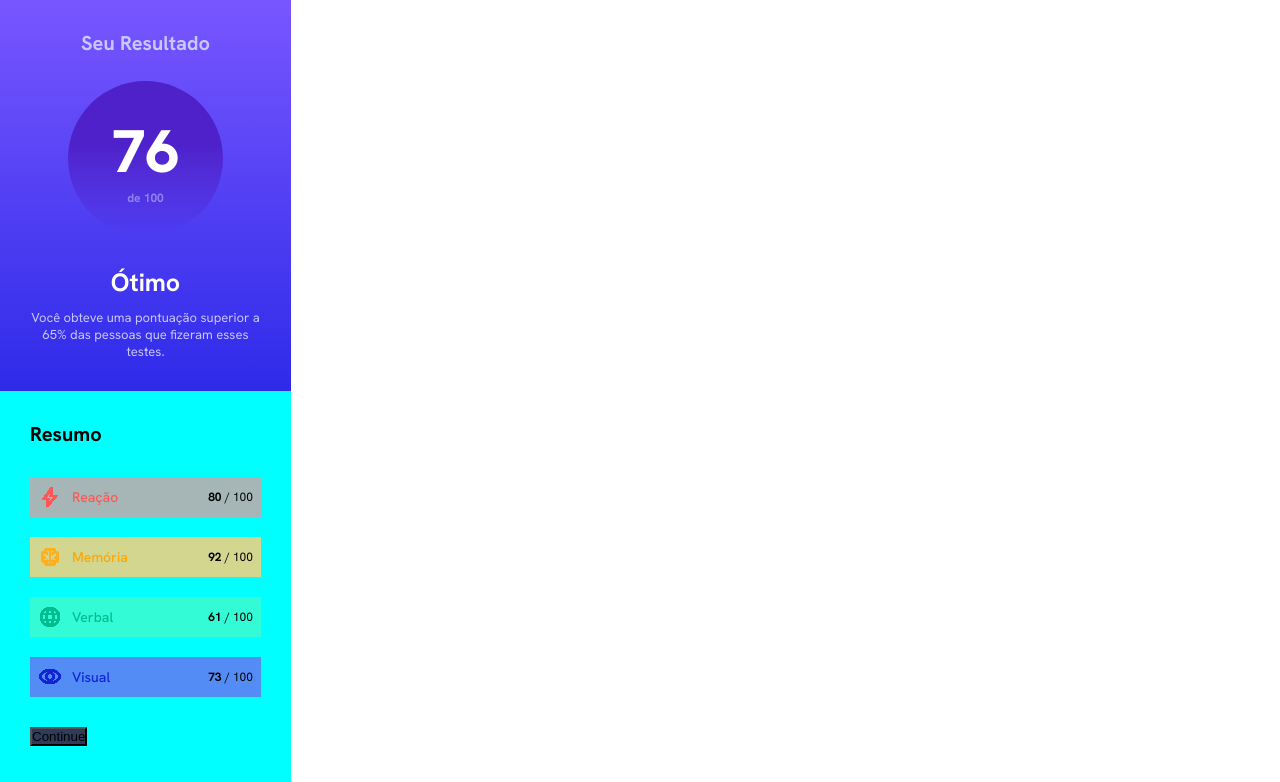
Repository: caique2512/resumo-de-resultados
Page: index.html
These files come from the project's save history. The page is drawn as it stood at one moment and after a run of saves; the edit follows.
The browser window is 1280 px wide. The pictures show the whole page.

Above is the page before, as saved 2026-03-13 17:28:37.

### index.html
<!DOCTYPE html>
<html lang="pt-br">
<head>
    <meta charset="UTF-8">
    <meta name="viewport" content="width=device-width, initial-scale=1.0">
    <title>Resumo de Resultados</title>
    <link rel="stylesheet" href="src/css/estilos.css">
    <link rel="stylesheet" href="src/css/reset.css">
</head>
<body>
    <main class="conteudo">
        <div class="principal">
            <h1 class="titulo">Seu Resultado</h1>
            <div class="circulo">
                <h2>76</h2>
                <p>de 100</p>
            </div>
            <h2 class="avaliacao">Ótimo</h2>
            <p class="subtitle">Você obteve uma pontuação superior a 65% das pessoas que fizeram esses testes.</p>
        </div>
        <div class="resultado">
            <h1 class="titulo1">Resumo</h1>
            <div class="classes">
                <div class="resumo1">
                    <div>
                        <img src="./src/images/raio.png" alt="Raio">
                        <h3>Reação</h3>
                    </div>
                    <p><strong>80</strong> / 100</p>
                </div>
                <div class="resumo2">
                    <div>
                        <img src="./src/images/memoria.png" alt="Memória">
                        <h3>Memória</h3>
                    </div>
                    <p><strong>92</strong> / 100</p>
                </div>
                <div class="resumo3">
                    <div>
                        <img src="./src/images/mensagem.png" alt="Mensagem">
                        <h3>Verbal</h3>
                    </div>
                    <p><strong>61</strong> / 100</p>
                </div>
                <div class="resumo4">
                    <div>
                        <img src="./src/images/olho.png" alt="olho">
                        <h3>Visual</h3>
                    </div>
                    <p><strong>73</strong> / 100</p>
                </div>
            </div>
            <button class="btn-resumo">Continue</button>
        </div>
    </main>
</body>
</html>

### src/css/estilos.css
@import url('https://fonts.googleapis.com/css2?family=Hanken+Grotesk:ital,wght@0,100..900;1,100..900&display=swap');


.principal {
    background: linear-gradient(hsl(252, 100%, 67%), hsl(241, 81%, 54%));
    width: 291px;
    height: 391px;
    display: flex;
    flex-direction: column;
    align-items: center;
}

.titulo {
    color: hsl(241, 100%, 89%);
    font-family: "Hanken Grotesk";
    margin-top: 30px;
    font-size: 2rem;
}

.circulo {
    background: linear-gradient(hsla(256, 72%, 46%, 1) 40%, hsla(241, 72%, 46%, 0));
    width: 155px;
    height: 155px;
    border-radius: 50%;
    display: flex;
    align-items: center;
    justify-content: center;
    flex-direction: column;
    margin-top: 2.5rem;
}

.circulo h2 {
    font-size: 6rem;
    font-family: "Hanken Grotesk";
    font-weight: 800;
    color: hsl(0, 0%, 100%);
}

.circulo p {
    color: hsla(241, 100%, 89%, 0.538);
    font-family: "Hanken Grotesk";
    font-weight: 700;
    font-size: 1.2rem;
}

.principal .avaliacao {
    color: white;
    font-family: "Hanken Grotesk";
    margin-top: 30px;
    font-size: 2.5rem;

}

.principal .subtitle {
    color: hsl(241, 100%, 89%);
    font-family: "Hanken Grotesk";
    width: 230px;
    display: flex;
    text-align: center;
    margin: 10px;
    font-size: 1.3rem;
}

.resultado {
    background-color: aqua;
    width: 291px;
    height: 391px;
    padding: 30px;
}

.resultado .titulo1 {
    color: #000000;
    font-family: "Hanken Grotesk";
}

.resultado .classes {
    display: flex;
    flex-direction: column;
    gap: 20px;
    margin: 30px 0px;
}

.resultado .resumo1 h3 {
    color: hsl(0, 100%, 67%);
    font-family: "Hanken Grotesk";
    font-size: 1.4rem;
    font-weight: 500;
}

.resultado .classes .resumo1 div {
    display: flex;
    align-items: center;
    gap: 10px;
}

.resultado .classes .resumo1{
    display: flex;
    align-items: center;
    justify-content: space-between;
    background-color: hsla(0, 90%, 77%, 0.667);
    padding: 8px;
}

.resultado .resumo2 h3 {
    color: #ffa602;
    font-family: "Hanken Grotesk";
    font-size: 1.4rem;
    font-weight: 500;
}

.resultado .classes .resumo2 div {
    display: flex;
    align-items: center;
    gap: 10px;
}

.resultado .classes .resumo2{
    display: flex;
    align-items: center;
    justify-content: space-between;
    background-color: hsla(39, 96%, 73%, 0.834);
    padding: 8px;
}

.resultado .resumo3 h3 {
    color: #00bd91;
    font-family: "Hanken Grotesk";
    font-size: 1.4rem;
    font-weight: 500;
}

.resultado .classes .resumo3 div {
    display: flex;
    align-items: center;
    gap: 10px;
}

.resultado .classes .resumo3{
    display: flex;
    align-items: center;
    justify-content: space-between;
    background-color: hsla(166, 96%, 61%, 0.851);
    padding: 8px;
}

.resultado .resumo4 h3 {
    color: #1125d4;
    font-family: "Hanken Grotesk";
    font-size: 1.4rem;
    font-weight: 500;
}

.resultado .classes .resumo4 div {
    display: flex;
    align-items: center;
    gap: 10px;
}

.resultado .classes .resumo4{
    display: flex;
    align-items: center;
    justify-content: space-between;
    background-color: hsla(234, 88%, 68%, 0.829);
    padding: 8px;
}

.resultado .classes p {
    font-size: 1.2rem;
    font-family: "Hanken Grotesk";
    color: ;
}

.resultado .classes p strong {
    font-weight: 700;
}

.btn-resumo {
    background-color: hsl(224, 30%, 27%);
    wi
}

### src/css/reset.css
html {
    font-size: 62.5%;
}

* {
    margin: 0;
    padding: 0;
    box-sizing: border-box;
}

img {
    object-fit: cover;
}

After the next 2 saves:
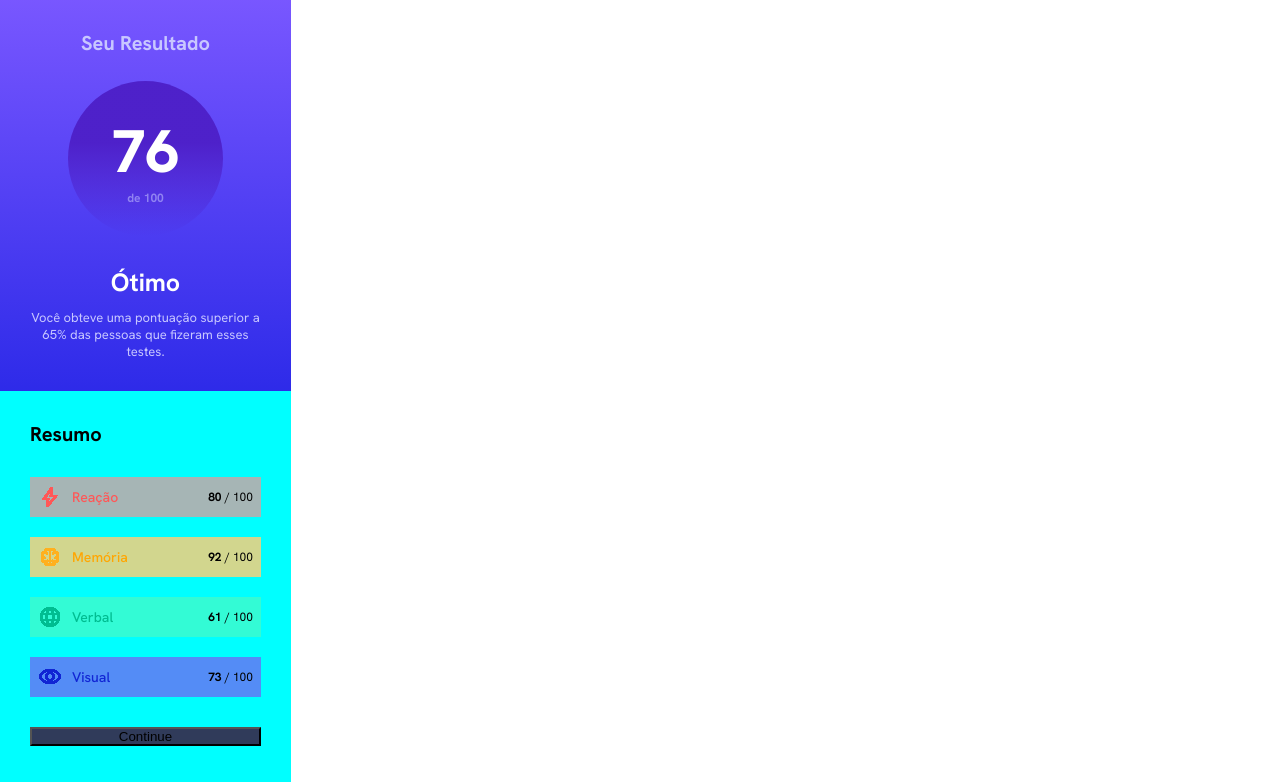
The 2 saves are shown as one change because they came seconds apart.
The last was saved 6 s later.
--- a/src/css/estilos.css
+++ b/src/css/estilos.css
@@ -176,5 +176,5 @@
 
 .btn-resumo {
     background-color: hsl(224, 30%, 27%);
-    wi
+    width: 100%;
 }
